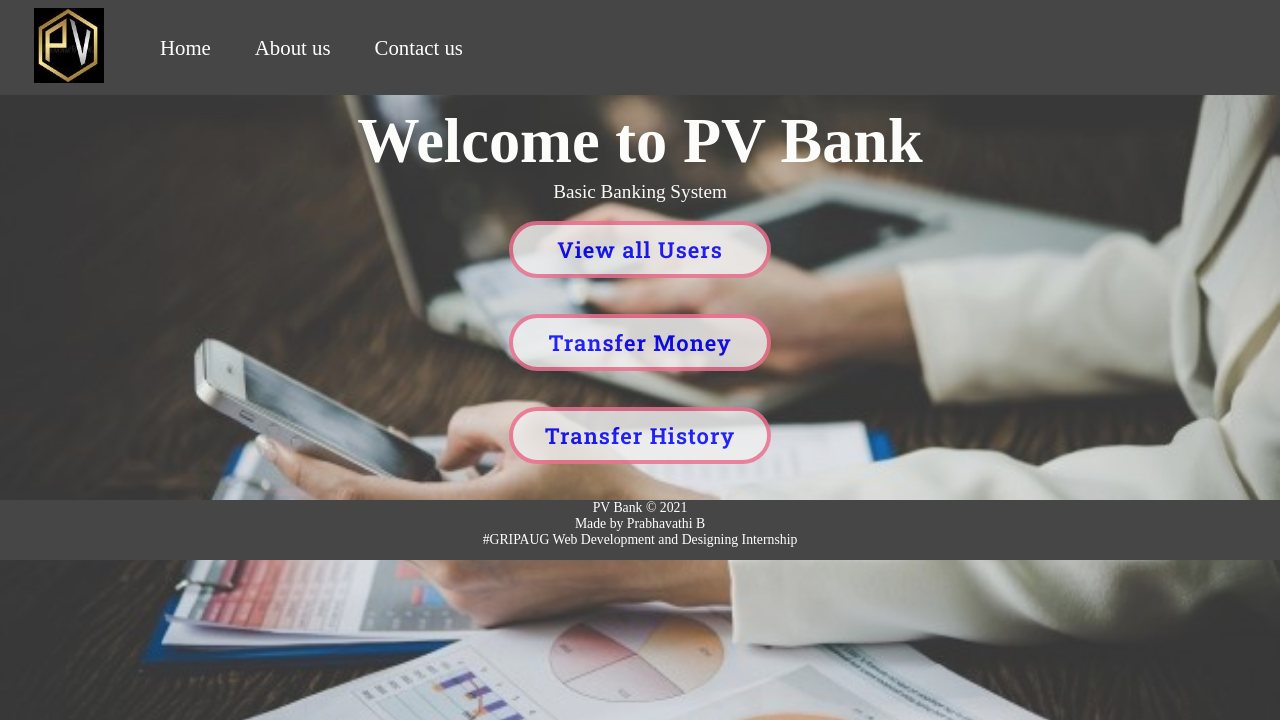
Repository: PrabhaBas/TheSparksFoundation_BasicBankingSystem
Page: http://localhost/PVBank/
These files come from the project's save history. The page is drawn as it stood at one moment and after the next save; the edit follows.
The browser window is 1280 px wide. The pictures show the whole page.
Some web fonts or font styles are not loaded; a fallback is used. The page is served by Tomcat 9. Other server files are loaded and not shown.

Above is the page before, as saved 2021-08-18 11:34:23.

### PVBank/src/main/webapp/index.jsp
<%@ page language="java" contentType="text/html; charset=ISO-8859-1"
    pageEncoding="ISO-8859-1"%>
<!DOCTYPE html>
<html>
<head>
<meta charset="ISO-8859-1">

    <meta http-equiv="X-UA-Compatible" content="IE=edge">
    <meta name="viewport" content="width=device-width, initial-scale=1.0">
    <title>PV Bank | OnlineBanking.com</title>
    <link rel="shortcut icon" type="image/png" href="icon.png">
    <link rel="stylesheet" href="css/style.css">
    <link href="https://fonts.googleapis.com/css2?family=Baloo+Bhai+2:wght@600&family=Baloo+Bhaina+2:wght@600&family=Bree+Serif&display=swap" rel="stylesheet">
    <link href="https://fonts.googleapis.com/css2?family=STIX+Two+Text:ital,wght@0,600;1,700&display=swap" rel="stylesheet">
    <link href="https://fonts.googleapis.com/css2?family=Roboto+Slab:wght@600&display=swap" rel="stylesheet">

    <linl rel="stylesheet" href="https://cdnjs.cloudflare.com/ajax/libs/font-awesome/5.13.1/css/all.min.css">

</head>
<body>

    <nav id="navbar">
        <div id="logo">
            <img src="images/logo1.jpg" alt="OnlineTransaction.com" width="70" height="40">
        </div>
        <ul>
            <li class="item"><a href="index.jsp">Home</a></li>
            <li class="item"><a href="aboutPage.jsp">About us</a></li>
            <li class="item"><a href="contact.jsp">Contact us</a></li>
        </ul>
    </nav>

    <section id="home">
        <h1 class="h-primary">Welcome to PV Bank</h1>
        <p>Basic Banking System </p>
        <br>
        <div class="bg">
            <div class="center">
                <ul type="none">
                <li class="operations"><a href="View_user.jsp"><button class="btn">View all Users</button></a></li><br><br>
                <li class="operations"><a href="transfer_money.jsp"><button  class="btn">Transfer Money</button></a></li><br><br>
          		<li class="operations"><a href="transactionhistory.jsp"><button class="btn">Transfer History</button></a></li>

                </ul>

            </div>
        </div>
    </section>
    <div id="container">
        <div id="header">
            PV Bank © 2021 <br>
          Made by Prabhavathi B
        <p>#GRIPAUG Web Development and Designing Internship</p></div>
    </div>




</body>
</html>

### PVBank/src/main/webapp/css/style.css
/* CSS Reset */
*{
    margin: 0;
    padding: 0;
}

/* CSS Variables */
:root{
    --navbar-height: 55px;
}

/* Navigation Bar */
#navbar{
    display: flex;
    align-items: center;
}

#navbar::before{
    content: "";
    background-color: black;
    position: absolute;
    height: 100%;
    width: 100%;
    z-index: -1;
    opacity: 0.4;
}

/* Navigation Bar: Logo and Image */
#logo{
    margin: 3px 25px;
}
#logo img{
    height: 75px;
    margin: 5px 9px;
}

/* Navigation Bar: List Styling */
#navbar{
    position: relative;
    background-color:rgb(71, 70, 70);
}

#navbar ul{
    display: flex;
    font-family: 'Baloo Bhai';
}

#navbar ul li{
    list-style: none;
    font-size: 1.3rem;
}

#navbar ul li a{
   color: white;
   display: block;
   font-family: 'STIX Two Text', serif;
   padding: 3px 22px;
   border-radius: 20px;
   text-decoration: none;
}

#navbar ul li a:hover{
    color: black;
    background-color: white;
}

/* Home Section */
#home{
    display: flex;
    flex-direction: column;
    height: 70%;
    padding: 6px 50px;
    justify-content: center;
    align-items: center;
}

#home::before{
    content: "";
    position: fixed;
    background: url(../images/BAnkBG1.jpg) no-repeat center center fixed;
    -webkit-background-size: cover;
    -moz-background-size: cover;
    -o-background-size: cover;
    background-size: cover;

    height: 300%;
    width: 100%;
    z-index: -1;
    opacity: 0.92;
}

#home h1{
    color: rgb(252, 253, 251);
    text-align: center;
    font-family: 'Bree Serif', serif;
}

#home p{
    color:rgb(250, 249, 245);
    text-align: center;
    font-size: 1.2rem;
    font-family: 'Bree Serif', serif;
}
/* Utility Classes */
.h-primary{
    font-size: 3.9rem;
    padding: 4px;
}
.btn{
    position: relative;
    text-align: center;
    width: 262px;
    padding: 10px;
    font-size: 22px;
    color: blue;
    font-family:'Roboto Slab', serif;
    font-weight: 359;
    border: 4px solid #ec7190;
    text-transform: 15px;
    letter-spacing: 1px;
    cursor: pointer;
    border-radius: 100px;
    opacity: 0.84;
}
.btn:hover
{
    box-shadow: 0 4px 10px 0 #ec7190 inset, 0 4px 10px 0 #ec7190,
                0 4px 10px 0 #ec7190 inset, 0 4px 10px 0 #ec7190;
}

/* About us Section */
#aboutus::before{
    content: "";
    position: fixed;
    background: url('../2676105.jpg');
    height: 120%;
    width: 100%;
    z-index: -5;
    opacity: 0.99;
}
#aboutus h1{
    color: black;
    text-align: center;
    font-family: 'Baloo Bhai';
    z-index: 34;
}

#aboutus p{
    color:darkgreen;
    font-size: 0.98rem;
    font-family: 'Bree Serif', serif;
    z-index: 35;
}

body{
    min-height: 100vh;
}

#container{
    position: sticky;
    color: white;
    text-align: center;
    font-size: 0.86rem;
    margin-top: auto;
    background: rgb(71, 70, 70);
    padding-bottom: 40px;
    height: 20px;
    margin-top: 30px;
}

#footpart{
    position:absolute;
   bottom:0;
   width:100%;
   height:60px;   /* Height of the footer */
   background:rgb(71, 70, 70);
}

After the next save:
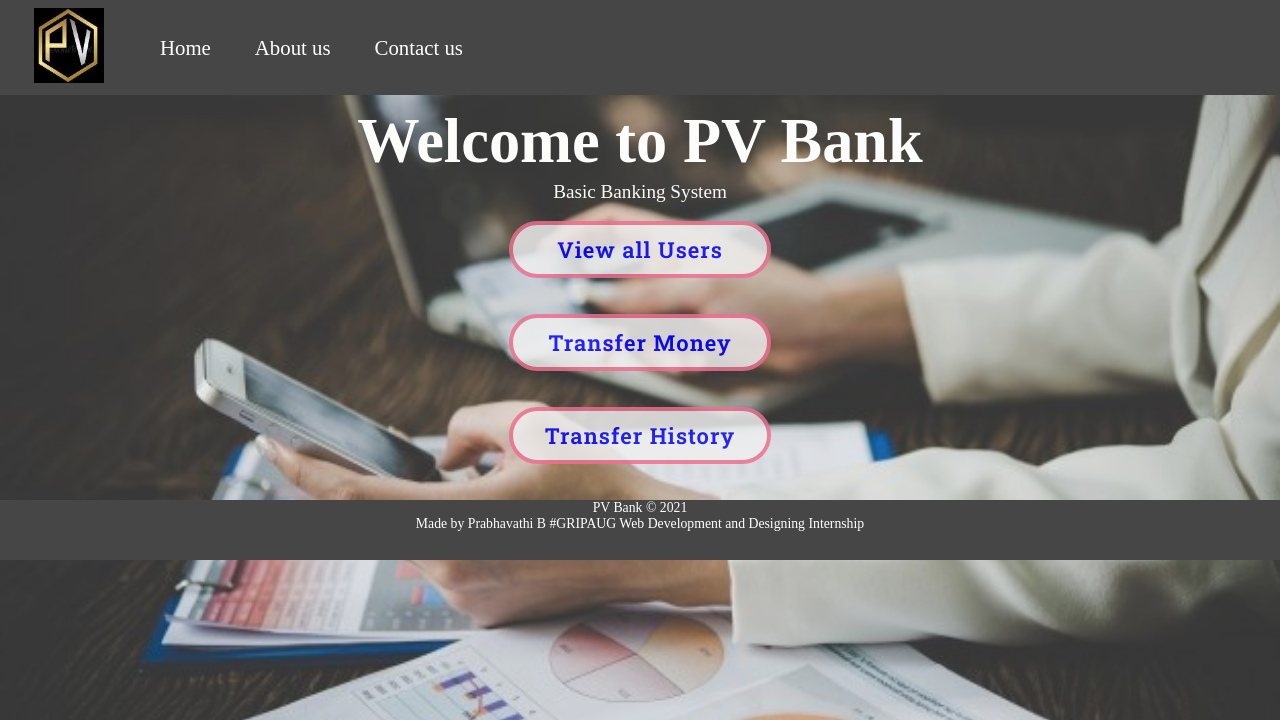
Saved 4 min 36 s later.
--- a/PVBank/src/main/webapp/index.jsp
+++ b/PVBank/src/main/webapp/index.jsp
@@ -47,10 +47,10 @@
         </div>
     </section>
     <div id="container">
-        <div id="header">
+         <div id="footpart">
             PV Bank © 2021 <br>
-          Made by Prabhavathi B
-        <p>#GRIPAUG Web Development and Designing Internship</p></div>
+          Made by Prabhavathi B   #GRIPAUG Web Development and Designing Internship
+        </div>
     </div>
 
 
